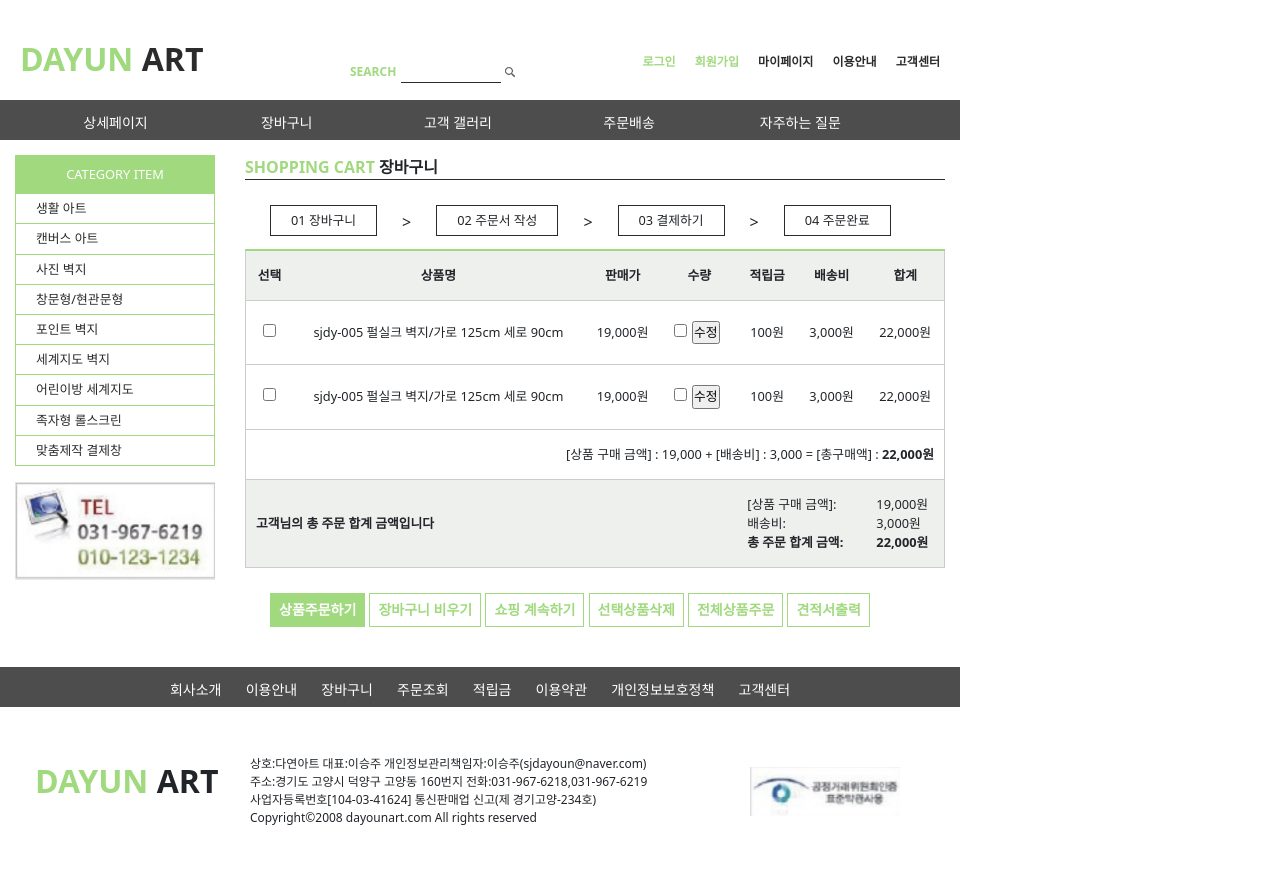
Repository: yeonddu/green_js
Page: pro01/public/bootstrap/cart.html
An editor plug-in stored every save of this project. The page is shown before and after the next save, followed by the edit.
The browser window is 1280 px wide. The pictures show the whole page.

Above is the page before, as saved 2022-12-27 06:17:33.

### pro01/public/bootstrap/cart.html
<!DOCTYPE html>
<html lang="ko">
<head>
<meta charset="utf-8">
<meta name="viewport" content="width=device-width, initial-scale=1">
<link rel="stylesheet" href="dayun.css">
<link rel="stylesheet" href="cart.css">
<link href="https://cdn.jsdelivr.net/npm/bootstrap@5.2.3/dist/css/bootstrap.min.css" rel="stylesheet">

<title>Insert title here</title>

</head>
<body>
 <header>
	 <div id="top">
	 	 	<div class="logo"><a href="#"><span class="brand">DAYUN</span> ART</a></div>
			<div id="search">
				<div id="search-title">SEARCH</div>
				<input id="search-input" type="search">
				<a href="#"><img src="images/glass.png"></a>
			</div>
			<div id="top-menu">
				<ul>
					<li><a class="brand" href="#">로그인</a></li>
					<li><a class="brand" href="#">회원가입</a></li>
					<li><a href="#">마이페이지</a></li>
					<li><a href="#">이용안내</a></li>
					<li><a href="#">고객센터</a></li>
				</ul>
			</div>
		 </div>
	 <div id="main-menu">
	 	<ul>
	 		<li><a href="#">상세페이지</a></li>
	 		<li><a href="#">장바구니</a></li>
	 		<li><a href="#">고객 갤러리</a></li>
	 		<li><a href="#">주문배송</a></li>
	 		<li><a href="#">자주하는 질문</a></li>
	 	</ul>
	 </div>
</header>
<section>
	<div id="cont-left">
		<div id="cate">
			<div id="cate-title">CATEGORY ITEM</div>
			<ul>
			<li><a href="#">생활 아트</a></li>
			<li><a href="#">캔버스 아트</a></li>
			<li><a href="#">사진 벽지</a></li>
			<li><a href="#">창문형/현관문형</a></li>
			<li><a href="#">포인트 벽지</a></li>
			<li><a href="#">세계지도 벽지</a></li>
			<li><a href="#">어린이방 세계지도</a></li>
			<li><a href="#">족자형 롤스크린</a></li>
			<li><a href="#">맞춤제작 결제창</a></li>
			</ul>
		</div>

		<div id="tel">
			<img src="images/tel.png" alt="tel">
		</div>
	</div>
	<div id="cont-right">
		<div id="cart">
			<div id="box1" >
			<div id="cart-title"><span class="brand">SHOPPING CART</span> 장바구니</div>
			</div>
			<div id="box2">
				<div class="box2-item1">01 장바구니</div>
				<div class="box2-item2">></div>
				<div class="box2-item1">02 주문서 작성</div>
				<div class="box2-item2">></div>
				<div class="box2-item1">03 결제하기</div>
				<div class="box2-item2">></div>
				<div class="box2-item1">04 주문완료</div>
			</div>
			<div id="box3">
				<table>
					<thead>
					<tr>
						<th>선택</th>
						<th>상품명</th>
						<th>판매가</th>
						<th>수량</th>
						<th>적립금</th>
						<th>배송비</th>
						<th>합계</th>
					</tr>
					</thead>
					<tbody>
					<tr>
						<td><input type="checkbox" ></td>
						<td>sjdy-005 펄실크 벽지/가로 125cm 세로 90cm</td>
						<td>19,000원</td>
						<td><input type="checkbox"><input type="button" value="수정"></td>
						<td>100원</td>
						<td>3,000원</td>
						<td>22,000원</td>
					</tr>
					<tr>
						<td><input type="checkbox" ></td>
						<td>sjdy-005 펄실크 벽지/가로 125cm 세로 90cm</td>
						<td>19,000원</td>
						<td><input type="checkbox"><input type="button" value="수정"></td>
						<td>100원</td>
						<td>3,000원</td>
						<td>22,000원</td>
					</tr>
					<tr>
						<td colspan="7">[상품 구매 금액] : 19,000 + [배송비] : 3,000 = [총구매액] : <b>22,000원</b></td>
					</tr>

					</tbody>
					<tfoot>
						<tr>
							<td colspan="4"><b>고객님의 총 주문 합계 금액입니다</b></td>
							<td colspan="2">[상품 구매 금액]:<br>
							배송비:<br>
							<b>총 주문 합계 금액:</b><br>
							</td>
							<td>19,000원<br>
							3,000원<br>
							<b>22,000원</b><br>
							</td>
						</tr>
					</tfoot>
				</table>
			</div>
			<div id="box4">
				<div class="box4-item1"><a href="#">상품주문하기</a></div>
				<div class="box4-item2"><a href="#">장바구니 비우기</a></div>
				<div class="box4-item2"><a href="#">쇼핑 계속하기</a></div>
				<div class="box4-item2"><a href="#">선택상품삭제</a></div>
				<div class="box4-item2"><a href="#">전체상품주문</a></div>
				<div class="box4-item2"><a href="#">견적서출력</a></div>
			</div>
		</div>
	</div>
		<div id="bottom-menu">
	 	<ul>
	 		<li><a href="#">회사소개</a></li>
	 		<li><a href="#">이용안내</a></li>
	 		<li><a href="#">장바구니</a></li>
	 		<li><a href="#">주문조회</a></li>
	 		<li><a href="#">적립금</a></li>
	 		<li><a href="#">이용약관</a></li>
	 		<li><a href="#">개인정보보호정책</a></li>
	 		<li><a href="#">고객센터</a></li>
	 	</ul>
	 </div>
</section>
<footer>
	<div class="logo"><span class="brand">DAYUN</span> ART</div>
	<div id="item2">상호:다연아트 대표:이승주 개인정보관리책임자:이승주(sjdayoun@naver.com)<br>
		주소:경기도 고양시 덕양구 고양동 160번지 전화:031-967-6218,031-967-6219<br>
		사업자등록번호[104-03-41624] 통신판매업 신고(제 경기고양-234호)<br>
		Copyright©2008 dayounart.com All rights reserved
	</div>
	<img src="images/certi.png" alt="공정거래위원회인증표준약관사용">
</footer>
</body>
</html>

### pro01/public/bootstrap/dayun.css
@charset "EUC-KR";

* {
	margin:0;
	padding:0;
}

body {
	background:#F0F0F0;
	width:960px;
}
.brand {
	color:#A0D97E;
}

header a {
	text-decoration:none;
	color:#2B2B2B;
}
header #top {
	height:100px;
	position:relative;
}
header .logo {
	font-size:2em;
	position:relative;
	top:35px;
	left:20px;
	font-weight:bold;
}

header #search {
	position:relative;
	top:10px;
	left:350px;
	display:block;
	float:left;
	color:#A0D97E;
}

header #search-title {
	display:inline-block;
	font-size:12px;
	font-weight:bold;
}

header #search-input {
	border:none;
	border-bottom:1px solid #2B2B2B;
	background:none;
	width:100px;
}

header #top-menu {
	position:relative;
	float:right;
	margin: 0 10px;
}
header #top-menu ul li{
	display:inline-block;
	font-size:12px;
	margin-right:5px;
	padding:5px;
	font-weight:bold;
}

header #main-menu {
	height:40px;
	background:#4D4D4D;
	justify-content:center;
}

header #main-menu ul li {
	list-style:none;
	display:inline-block;
	width:18%;
	padding:10px;
	text-align:center;

}
header #main-menu a {
	color:white;
	font-size:14px;
}



section #bottom-menu {
	position:relative;
	clear:both;
	height:40px;
	background:#4D4D4D;

}

#bottom-menu ul {
	padding:10px;
	text-align:center;
}

section #bottom-menu ul li {
	display:inline-block;
	list-style:none;

}
section #bottom-menu a {
	color:white;
	text-decoration:none;
	font-size:14px;
	padding:10px;
}

footer .logo {
	font-size:2em;
	position:relative;
	top:50px;
	left:35px;
	font-weight:bold;
}

footer #item2 {
	position:relative;
	top:0px;
	left:250px;
	font-size:12px;
}

footer img {
	position:relative;
	left:750px;
	top:-60px;
	width:150px;
}

### pro01/public/bootstrap/cart.css
@charset "EUC-KR";

section #cont-left {
	float:left;
	margin:10px;
	padding:5px;
}

section #cate #cate-title {
	background:#A0D97E;
	color:white;
	width:200px;
	margin:0;
	padding:10px 5px;
}

section #cate-title {
	text-align:center;
	font-size:0.8em;
}

section #cate ul {
	padding:0;
}
section #cate li {
	border :1px solid #A0D97E;
	border-top:none;
	list-style:none;
	width:200px;
	padding:5px 5px 5px 20px;
	font-size:0.8em;
}

section #cate a {
	text-decoration:none;
	color:#2B2B2B;
}

section #tel img {
	width:200px;
}
section #cont-right {
	float:left;
	margin:10px;
	padding:5px;
}

section #cart {
	width:700px;

}

section #cart-title {
	font-weight:bold;
	border-bottom: 1px solid #2B2B2B;
}

section #box2 {
	margin: 15px;
}

section #box2 .box2-item1 {
	float:left;
	margin:10px;
	padding:5px 20px;
	border:1px solid #2B2B2B;
	font-size:0.8em;
}
section #box2 .box2-item2 {
	float:left;
	margin:10px;
	padding:5px 5px;
}

section table {
	border:1px solid #ccc;
	font-size:0.8em;
	text-align:center;
	width:700px;
}

section table thead {
	border-top:2px solid #A0D97E;
	background:#EEF0ED;
}

section table tr {
	border:1px solid #ccc;
}

section table th, td {
	padding: 15px 10px;
}

section table tr input:nth-child(2) {
	margin:5px;
}

section table tr:nth-child(3) {
	text-align:right;
}

section table tfoot {
	background:#EEF0ED;
}

section table tfoot td {
	text-align:left;
}
section table tfoot>td:nth-child(2){
	text-align:right;
}
section #box4 {
	margin:25px;
}
section #box4 .box4-item1, .box4-item2 {
	display:inline-block;
	border:1px solid #A0D97E;
	padding:5px 8px;
	font-size:0.8em;
}

section #box4 .box4-item1 {
	background:#A0D97E;
}

section #box4 .box4-item1 a {
	text-decoration:none;
	font-weight:bold;
	font-size:14px;
	color:white;
}
section #box4 .box4-item2 a{
		text-decoration:none;
	font-weight:bold;
	font-size:14px;
	color:#A0D97E;
}

After the next save:
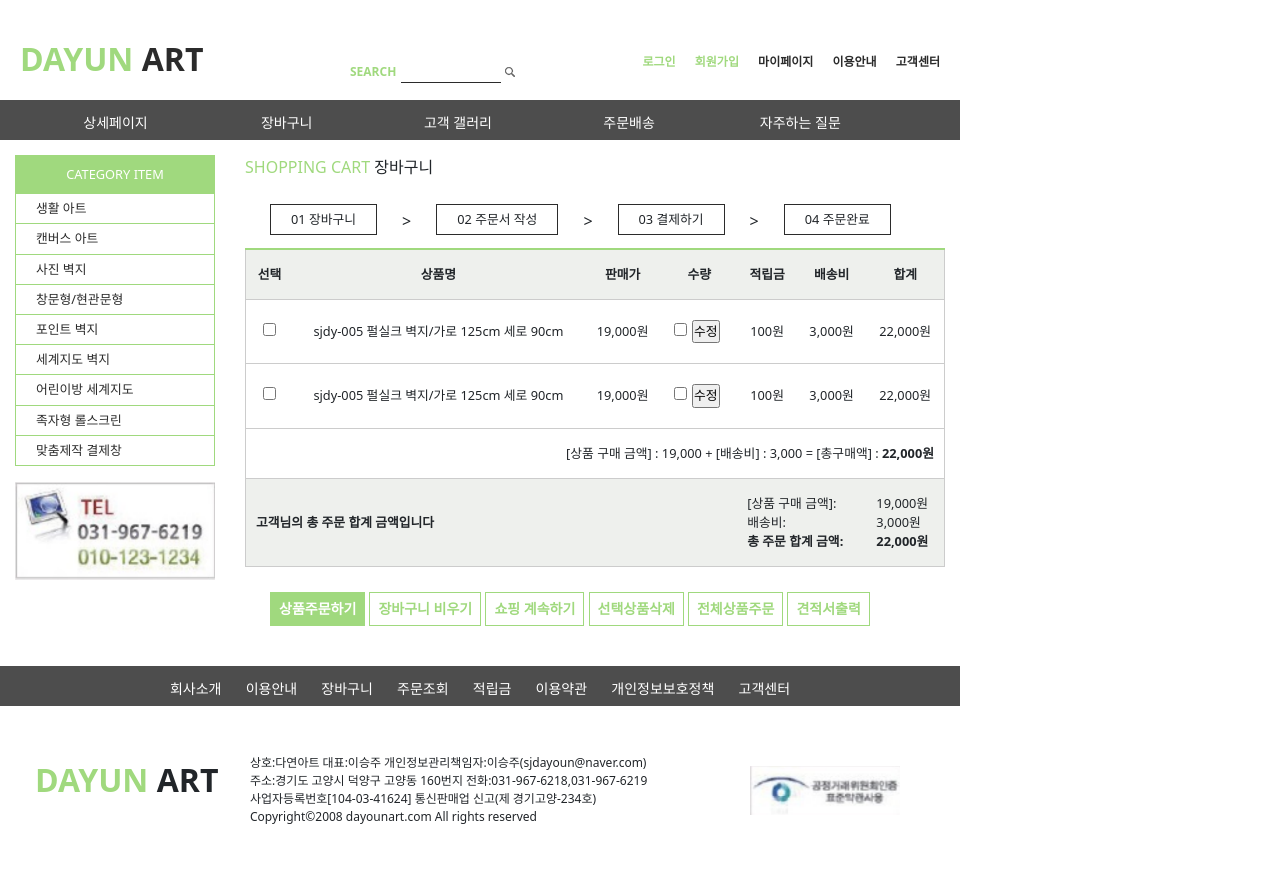
Saved 17 s later.
--- a/pro01/public/bootstrap/cart.html
+++ b/pro01/public/bootstrap/cart.html
@@ -63,7 +63,7 @@
 	<div id="cont-right">
 		<div id="cart">
 			<div id="box1" >
-			<div id="cart-title"><span class="brand">SHOPPING CART</span> 장바구니</div>
+			<div class="cart-title"><span class="brand">SHOPPING CART</span> 장바구니</div>
 			</div>
 			<div id="box2">
 				<div class="box2-item1">01 장바구니</div>

After the save that followed:
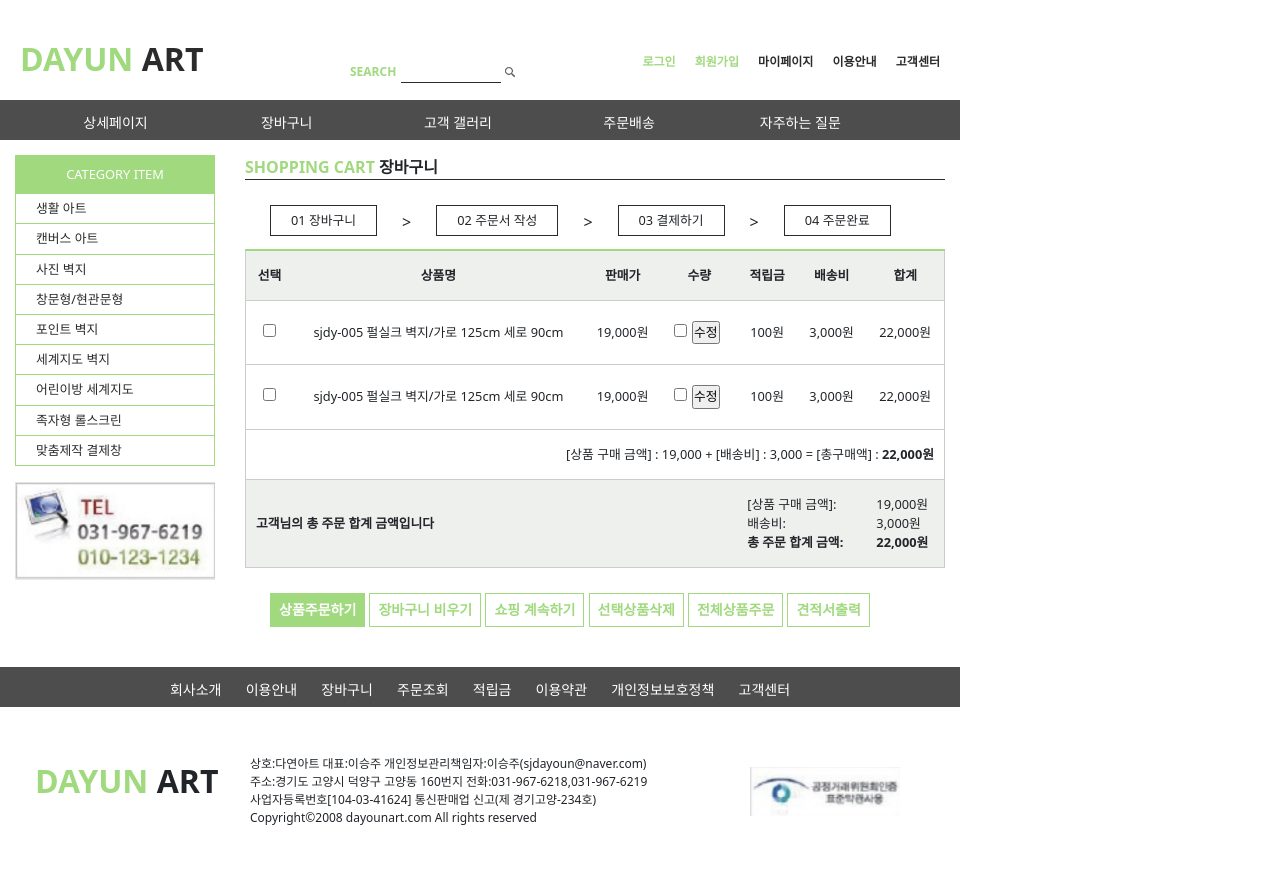
Saved 2 s later.
--- a/pro01/public/bootstrap/cart.css
+++ b/pro01/public/bootstrap/cart.css
@@ -50,7 +50,7 @@ section #cart {
 
 }
 
-section #cart-title {
+section .cart-title {
 	font-weight:bold;
 	border-bottom: 1px solid #2B2B2B;
 }
